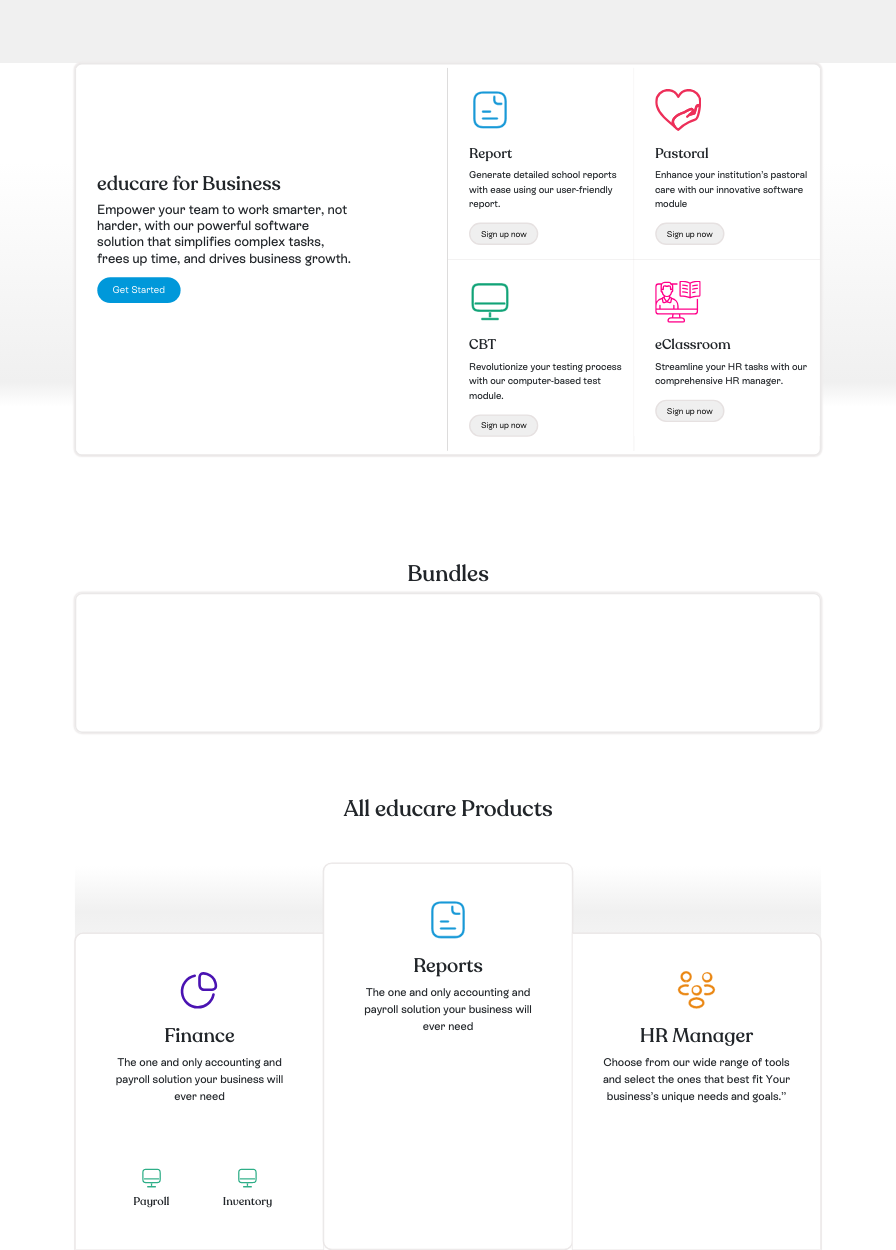
Repository: sarahnnanyelugo/educare-web
Page: /
The author's editor kept a copy of each file at every save. The page is drawn from the files as they stood at one save, then again after the next save.
The browser window is 1280 px wide. The pictures show the part of the page from y = 1800 to 3720 px (the page is 3585 px tall before and 3720 px after), at 70% of full size.
The project was rebuilt for these pictures with package versions that can differ from the ones it lists, and the page was loaded fresh each time.

Above is the page before, as saved 2023-04-05 10:58:53.

### src/App.jsx
import React from "react";
import logo from "./logo.svg";
import "./App.scss";
import "bootstrap/dist/css/bootstrap.min.css";
import { BrowserRouter, Routes, Route, Link, Outlet } from "react-router-dom";
import NavBar from "./components/NavBar/NavBar";
import { Home } from "./pages/Home/Home";

function App() {
  return (
    <>
      {" "}
      <NavBar />
      <Routes>
        <Route path="/" element={<Home />} />
      </Routes>
    </>
  );
}

export default App;

### src/App.scss
@font-face {
  font-family: rebondG;
  src: url(./assets/fonts/Rebond_font/RebondG.otf);
}
@font-face {
  font-family: rebondG-Bold;
  src: url(./assets/fonts/Rebond_font/RebondG-Bold.otf);
}
@font-face {
  font-family: rebondG-Medium;
  src: url(./assets/fonts/Rebond_font/RebondGrotesqueMedium.otf);
}

@font-face {
  font-family: recoMedium;
  src: url(./assets/fonts/Recoleto-font/RecoletaAlt-Medium.ttf);
}

h1,
h2,
h3,
h4,
h5,
h6 {
  font-family: recoMedium;
}
p {
  font-family: rebondG-Medium;
}
@media screen and (min-width: 620px) {
  .flexy {
    display: flex;
  }
}
@media screen and (max-width: 620px) {
  .flexyM {
    display: flex;
  }
}

### src/components/NavBar/NavBar.tsx
import React from "react";
import Logo from "../../assets/images/educare-logo.png";
import { Link, NavLink } from "react-router-dom";
import "./_navbar.scss";

function NavBar() {
  return (
    <div className="navbar-container">
      <div className="logo-holder  ">
        {" "}
        <Link to={"/"}>
          {" "}
          <img className="   logo" src={Logo} alt="Scholar" />
        </Link>
      </div>
      <ul className=" list-inline list-unstyled nav-links-container">
        <li className="list-inline-item">
          <NavLink to={""} className="nav-links">
            Solutions{" "}
            <span>
              <i className="icofont-curved-down"></i>
            </span>
          </NavLink>
        </li>{" "}
        <li className="list-inline-item">
          <NavLink to={""} className="nav-links">
            Resources
          </NavLink>
        </li>{" "}
        <li className="list-inline-item">
          <NavLink to={""} className="nav-links">
            Pricing
          </NavLink>
        </li>{" "}
        <li className="list-inline-item">
          <NavLink to={""} className="nav-links">
            Support
          </NavLink>
        </li>
      </ul>
      <div className="nav-buttons">
        <button className="sign-in-button">Log in</button>
        <button className="get-started-button">Get Started</button>
      </div>
    </div>
  );
}

export default NavBar;

### src/pages/Home/Home.tsx
import React from "react";
import { RandomComponent } from "./RandomComponent/RandomComponent";
import "./_home.scss";
import RedIcon from "../../assets/images/red-dots.svg";
import BlueIcon from "../../assets/images/blue-dots.svg";
import YellowIcon from "../../assets/images/yellow-dots.svg";
import HalfCircle from "../../assets/images/half-circle.svg";
import People from "../../assets/images/people.svg";
import Mail from "../../assets/images/edit.svg";
import People2 from "../../assets/images/people2.svg";
import Pastoral from "../../assets/images/pastoral.svg";
import Chart from "../../assets/images/chart.svg";
import Screen from "../../assets/images/screen.svg";
import Classroom from "../../assets/images/read-book.svg";
import Features from "./Features/Features";
import EducareProducts from "./EducareProducts/EducareProducts";
import OtherEducareProducts from "./OtherEducareProducts/OtherEducareProducts";

export const Home = () => {
  return (
    <>
      <div className="col-md-12 modern-solutions-container">
        <center>
          <div className="col-md-6">
            <h1>Modern solution for your Business</h1>
            <p>
              Unlock Your Business’s Potential with Cutting-Edge Software
              Solutions Designed to Streamline Operations, Optimize Performance,
              and Drive Growth.
            </p>
            <button className="gs-button">Get started</button>
            <button className="request-button">Request for a demo</button>
          </div>
        </center>
      </div>
      <div className="col-md-12 actions-container">
        <div className="col-md-4">
          <div className="col-md-9">
            {" "}
            <RandomComponent
              title="Pick your tools"
              icon={RedIcon}
              paragraph=" Unlock Your Business Potential with Cutting-Edge Software  Solutions Designed to Streamline"
            />
          </div>
        </div>
        <div className="col-md-4">
          <div className="col-md-9">
            {" "}
            <RandomComponent
              title="work smart not hard"
              icon={YellowIcon}
              paragraph="Choose from our wide range of tools and select the ones that best fit Your business’s unique needs and goals.”"
            />
          </div>
        </div>
        <div className="col-md-4">
          <div className="col-md-9">
            {" "}
            <RandomComponent
              title="We’ve got your back"
              icon={BlueIcon}
              paragraph="You can count on our support and expertise every step of the way, so you can focus on your business’s growth and success."
            />
          </div>
        </div>
      </div>
      <div className="features-heading">
        <center>
          <h1>Featured Products</h1>
        </center>
      </div>
      <div
        className="col-md-12  flexy features-holder"
        style={{ paddingBottom: "150px" }}
      >
        <div className="col-md-1">&nbsp;</div>
        <div className="col-md-10  features-container flexy">
          <div className="col-md-6 first-container">
            <h3>educare for Business</h3>
            <p>
              Empower your team to work smarter, not harder, with our powerful
              software solution that simplifies complex tasks, frees up time,
              and drives business growth.
            </p>
            <button>Get Started</button>
          </div>
          <div className="col-md-6">
            <div className="col-md-12 flexy">
              {" "}
              <div className="col-md-6 right-features">
                <Features
                  feature="Finance"
                  detail="The one and only accounting and payroll solution your business will ever need"
                  icon={HalfCircle}
                />{" "}
              </div>{" "}
              <div className="col-md-6">
                <Features
                  feature="HR Manager"
                  detail="The one and only accounting and payroll solution your business will ever need"
                  icon={People2}
                />{" "}
              </div>
            </div>
            <div className="col-md-12 flexy second-grid">
              {" "}
              <div className="col-md-6 right-features">
                <Features
                  feature="MailBox"
                  detail="Simplify communication with our powerful mailbox"
                  icon={Mail}
                />{" "}
              </div>{" "}
              <div className="col-md-6">
                <Features
                  feature="Facility Management"
                  detail="Optimize your workforce with our staff management module."
                  icon={People}
                />{" "}
              </div>
            </div>
          </div>
        </div>
      </div>{" "}
      <div className="col-md-12  flexy features-holder2">
        <div className="col-md-1">&nbsp;</div>
        <div className="col-md-10  features-container flexy ">
          <div className="col-md-6 first-container">
            <h3>educare for Business</h3>
            <p>
              Empower your team to work smarter, not harder, with our powerful
              software solution that simplifies complex tasks, frees up time,
              and drives business growth.
            </p>
            <button>Get Started</button>
          </div>
          <div className="col-md-6">
            <div className="col-md-12 flexy">
              {" "}
              <div className="col-md-6 right-features">
                <Features
                  feature="Report"
                  detail="Generate detailed school reports with ease using our user-friendly report."
                  icon={Chart}
                />{" "}
              </div>{" "}
              <div className="col-md-6">
                <Features
                  feature="Pastoral"
                  detail="Enhance your institution’s pastoral care with our innovative software module"
                  icon={Pastoral}
                />{" "}
              </div>
            </div>
            <div className="col-md-12 flexy second-grid">
              {" "}
              <div className="col-md-6 right-features">
                <Features
                  feature="CBT"
                  detail="Revolutionize your testing process with our computer-based test module."
                  icon={Screen}
                />{" "}
              </div>{" "}
              <div className="col-md-6">
                <Features
                  feature="eClassroom"
                  detail="Streamline your HR tasks with our comprehensive HR manager."
                  icon={Classroom}
                />{" "}
              </div>
            </div>
          </div>
        </div>
      </div>
      <center className="mt">
        <h2>Bundles</h2>
      </center>
      <div className="col-md-12 bundles-container flexy">
        <div className="col-md-1">&nbsp;</div>
        <div className="col-md-10 bundles"></div>
      </div>
      <center className="mt9">
        <h2>All educare Products</h2>
      </center>
      <div className="col-md-12 flexy">
        <div className="col-md-1">&nbsp;</div>
        <div className="col-md-10  flexy products-container">
          <div className="col-md-4 first-product-column">
            <EducareProducts
              productName="Finance"
              productDetail="The one and only accounting and payroll solution your business will ever need"
              productIcon={HalfCircle}
            />
            <div className="col-md-12 flexy flexyM mt9">
              <div className="col-md-6 col-6">
                <OtherEducareProducts
                  productIcon={Screen}
                  productName="Payroll"
                />
              </div>
              <div className="col-md-6 col-6">
                {" "}
                <OtherEducareProducts
                  productIcon={Screen}
                  productName="Inventory"
                />
              </div>
            </div>
          </div>{" "}
          <div className="col-md-4 second-product-column">
            <EducareProducts
              productName="Reports"
              productDetail="The one and only accounting and payroll solution your business will ever need"
              productIcon={Chart}
            />
          </div>
          <div className="col-md-4 third-product-column">
            <EducareProducts
              productName="HR Manager"
              productDetail="Choose from our wide range of tools and select the ones that best fit Your business’s unique needs and goals.”"
              productIcon={People2}
            />
          </div>
        </div>
      </div>
    </>
  );
};

### src/components/NavBar/_navbar.scss
@import "../../variables";
@import "../../shared-styles";

.navbar-container {
  background: inherit;
  padding: 5px 80px;
  display: flex;

  .logo-holder {
    flex-grow: 1;
  }
  .nav-links-container {
    flex-grow: 1;
    margin-top: 20px;
    .nav-links {
      margin: 20px;
      color: #6f6f71;
      text-decoration: none;
      font-family: rebondG-Bold;
    }
    li {
      padding: 3px 0px;
      border-radius: 35px;
      transition: 0.5s ease;
      &:hover {
        background: rgb(224, 222, 222) !important;

        border: solid 1px grey;
      }
    }
  }
  .nav-buttons {
    .get-started-button {
      @include get-started-button;
      margin-left: 10px;
      margin-top: 20px;
    }
    .sign-in-button {
      @include login-or-signup-button;
      margin-top: 20px;
    }
  }
}

### src/pages/Home/RandomComponent/RandomComponent.tsx
import React from "react";
import "./_random-component.scss";
export interface RandomComponentProps {
  title: string;
  paragraph: string;
  icon: string;
}
export const RandomComponent = (props: RandomComponentProps) => {
  return (
    <div className="col-md-12 random-container">
      <div className="heading">
        {" "}
        <img className="" src={props.icon} alt="Scholar" width="100%" />
        <h3>{props.title}</h3>
      </div>
      <p>{props.paragraph}</p>
    </div>
  );
};

### src/pages/Home/_home.scss
@import "../../variables";
@import "../../shared-styles";

.modern-solutions-container {
  padding-top: 80px;
  padding-bottom: 150px;
  background: rgb(240, 240, 240);
  background: linear-gradient(
    0deg,
    rgba(240, 240, 240, 1) 51%,
    rgba(255, 255, 255, 1) 67%
  );

  h1 {
    font-family: recoMedium;
  }
  p {
    font-family: rebondG-Medium;
    font-size: 20px;
    margin-top: 15px;
  }
  .gs-button {
    @include get-started-button;
  }
  .request-button {
    @include login-or-signup-button;
    margin-left: 5px;
  }
}
.actions-container {
  background: $lightblue;
  height: fit-content;
  display: flex;
  padding: 80px 100px;
}
.features-heading {
  margin-top: 170px;
  margin-bottom: 90px;
}
.features-container {
  border: solid 2px rgb(234, 232, 232);
  box-shadow: 0 0 2px 2px rgb(238, 235, 235);
  border-radius: 10px !important;
  height: fit-content;
  // margin-top: 20px;
  padding-bottom: 5px;
  padding-top: 5px;
  background: #fff;
  .first-container {
    padding-right: 130px;
    background: #fff;
    padding-left: 30px;
    border-right: solid 1px rgb(206, 205, 205);
    h3 {
      margin-top: 150px;
    }
    p {
      font-size: 19px;
      line-height: 23px;
    }
    button {
      @include get-started-button;
      margin-bottom: 120px;
    }
  }
  .second-grid {
    border-top: solid 1px rgb(231, 228, 228);
    // box-shadow: 0 0 1px 1px rgb(238, 235, 235);
  }
  .right-features {
    // box-shadow: 0 0 1px 1px rgb(238, 235, 235);
    border-right: solid 1px rgb(231, 228, 228);
  }
}
.features-holder {
  background: rgb(240, 240, 240);
  background: linear-gradient(
    0deg,
    rgba(240, 240, 240, 1) 51%,
    rgba(255, 255, 255, 1) 67%
  );
}
.features-holder2 {
  background: rgb(255, 255, 255);
  background: linear-gradient(
    0deg,
    rgba(255, 255, 255, 1) 31%,
    rgba(240, 240, 240, 1) 36%,
    rgba(255, 255, 255, 1) 80%
  );
  padding-bottom: 150px;
}
.bundles {
  border: solid 2px rgb(234, 232, 232);
  box-shadow: 0 0 2px 2px rgb(238, 235, 235);
  border-radius: 10px !important;
  height: 200px;
  // margin-top: 20px;
  padding-bottom: 5px;
  padding-top: 5px;
}
.products-container {
  background: rgb(255, 255, 255);
  background: linear-gradient(
    0deg,
    rgba(255, 255, 255, 1) 15%,
    rgba(240, 240, 240, 1) 18%,
    rgba(255, 255, 255, 1) 54%,
    rgba(240, 240, 240, 1) 80%,
    rgba(255, 255, 255, 1) 91%
  );
  height: fit-content;
  .first-product-column {
    padding: 50px 40px;
    background: #ffff;
    border-top: solid 1px rgb(233, 229, 229);
    border-left: solid 1px rgb(233, 229, 229);
    margin-top: 150px;
    border-top-left-radius: 12px;
    box-shadow: 0 0 1px 1px rgb(233, 229, 229);
  }
  .second-product-column {
    padding: 50px 40px;
    background: #ffff;
    border: solid 1px rgb(233, 229, 229);
    box-shadow: 0 0 1px 1px rgb(233, 229, 229);
    border-radius: 12px;

    margin-top: 50px;
  }
  .third-product-column {
    padding: 50px 40px;
    background: #ffff;
    border-top: solid 1px rgb(233, 229, 229);
    border-right: solid 1px rgb(233, 229, 229);
    margin-top: 150px;
    box-shadow: 0 0 1px 1px rgb(233, 229, 229);
    border-top-right-radius: 12px;
  }
}

### src/pages/Home/Features/Features.tsx
import React from "react";
import "./_features.scss";
export interface featuresProps {
  feature: string;
  detail: string;
  icon: string;
}
export const Features = (props: featuresProps) => {
  return (
    <>
      <div className="col-md-12 features">
        <img className="" src={props.icon} alt="Scholar" />
        <h5>{props.feature}</h5>
        <p>{props.detail}</p>
        <button>Sign up now</button>
      </div>
    </>
  );
};

export default Features;

### src/pages/Home/EducareProducts/EducareProducts.tsx
import React from "react";
import './educare-products.scss'
export interface ProductComponentProps {
  productName: string;
  productDetail: string;
  productIcon: string;
}
export const EducareProducts = (props: ProductComponentProps) => {
  return (
    <>
      <div className="col-md-12 educare-products">
        <center>
          <img
            className=""
            src={props.productIcon}
            alt="Scholar"
            width="100%"
          />
          <h3>{props.productName}</h3>
          <p>{props.productDetail}</p>
        </center>
      </div>
    </>
  );
};

export default EducareProducts;

### src/pages/Home/OtherEducareProducts/OtherEducareProducts.tsx
import React from "react";
import "./other-products.scss";
export interface OtherProductProps {
  productName: string;

  productIcon: string;
}
export const OtherEducareProducts = (props: OtherProductProps) => {
  return (
    <div className="col-md-12 other-products-container">
      <center>
        {" "}
        <img className="" src={props.productIcon} alt="icon" width="100%" />
        <h6>{props.productName}</h6>
      </center>
    </div>
  );
};

export default OtherEducareProducts;

### src/_variables.scss
$blue: #0098da;
$lightblue: #e1f2fa;

@mixin get-started-button {
  background-color: $blue;
  color: #fff;
  border-radius: 35px;
  border: none;
  padding: 8px 22px;
  font-size: 14px;
  font-family: rebondG;
  &:hover {
    background: #005b83;
    transition: 0.5s ease;
  }
}
@mixin login-or-signup-button {
  baclground: #fff;
  color: black;
  border-radius: 20px;
  padding: 5px 15px;
  font-size: 12px;
  border: none;
  border: solid 2px rgb(230, 225, 225);
  font-family: rebondG;
  &:hover {
    background: grey;
    transition: 0.5s ease;
  }
}

### src/_shared-styles.scss
.mt1 {
  margin-top: 10px;
}
.mt2 {
  margin-top: 20px;
}
.mt3 {
  margin-top: 30px;
}
.mt4 {
  margin-top: 40px;
}
.mt5 {
  margin-top: 50px;
}
.mt6 {
  margin-top: 60px;
}
.mt7 {
  margin-top: 70px;
}
.mt8 {
  margin-top: 80px;
}
.mt9 {
  margin-top: 90px;
}

### src/pages/Home/RandomComponent/_random-component.scss
.random-container {
  img {
    width: 20px;
    // margin-right: 10px;
  }
  .heading {
    display: flex;
    h3 {
      font-family: recoMedium;
      margin-left: 10px;
    }
  }
  p {
    font-family: rebondG-Medium;
    margin-left: 30px;
    font-size: 17px;
  }
}

### src/pages/Home/Features/_features.scss
@import "../../../variables";
@import "../../../shared-styles";

.features {
  padding-left: 30px;
  height: fit-content;
  padding-bottom: 20px;
  background: #fff;
  img {
    height: 60px;
    margin-left: 0 !important;
    margin-top: 30px;
    margin-bottom: 20px;
  }
  button {
    @include login-or-signup-button;
    // margin-bottom: 50px;
  }
  p {
    font-size: 14px;
  }
}

### src/pages/Home/EducareProducts/educare-products.scss
.educare-products {
  img {
    height: 60px;
    margin-bottom: 20px;
  }
}

### src/pages/Home/OtherEducareProducts/other-products.scss
.other-products-container {
  img {
    height: 30px;
    margin-bottom: 10px;
  }
}

Loaded but not shown: public/index.html (common file); src/index.tsx (common file); src/index.css (common file); src/reportWebVitals.ts (common file)

After the next save:
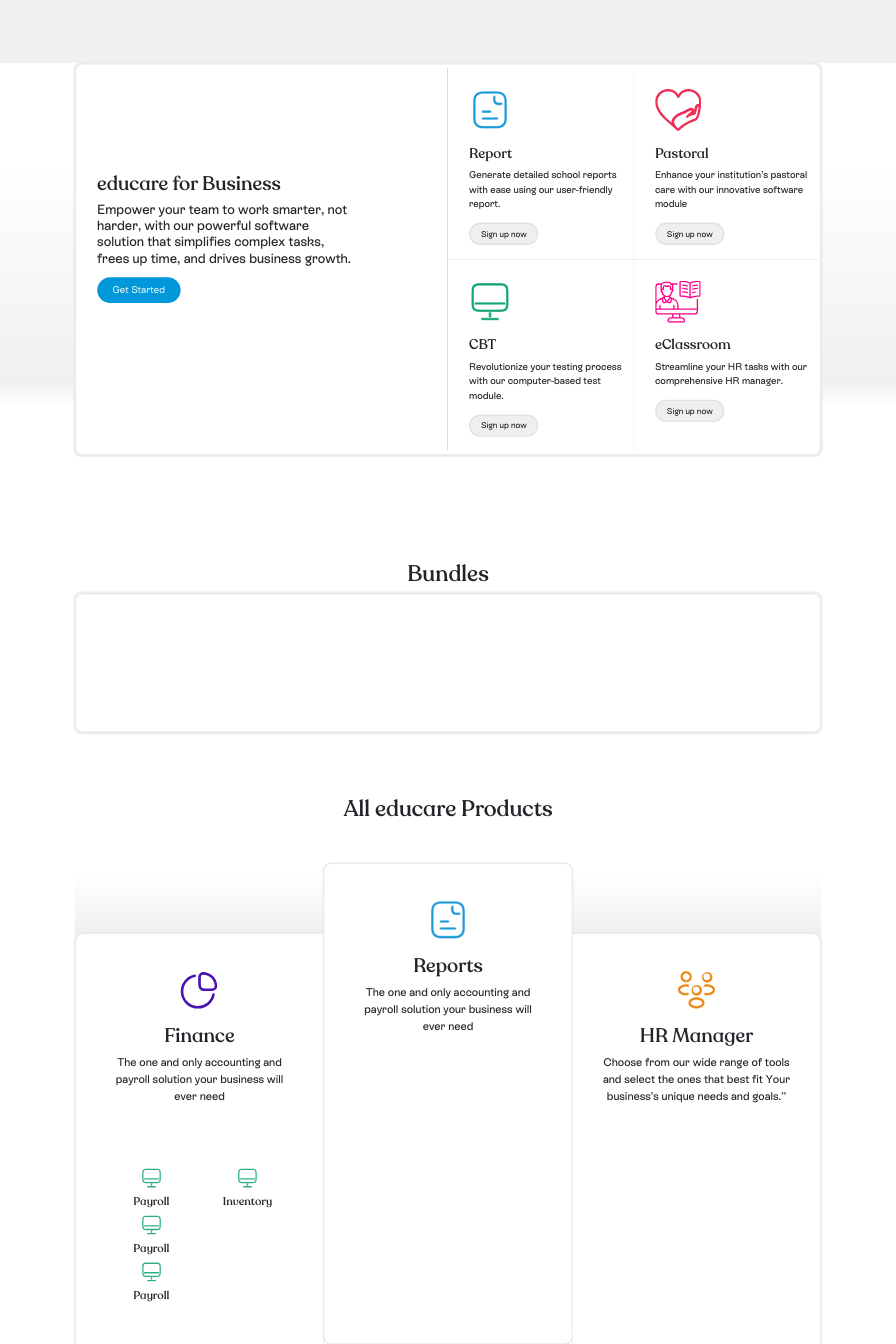
Saved 44 s later.
--- a/src/pages/Home/Home.tsx
+++ b/src/pages/Home/Home.tsx
@@ -197,6 +197,14 @@ export const Home = () => {
                 <OtherEducareProducts
                   productIcon={Screen}
                   productName="Payroll"
+                />{" "}
+                <OtherEducareProducts
+                  productIcon={Screen}
+                  productName="Payroll"
+                />{" "}
+                <OtherEducareProducts
+                  productIcon={Screen}
+                  productName="Payroll"
                 />
               </div>
               <div className="col-md-6 col-6">
